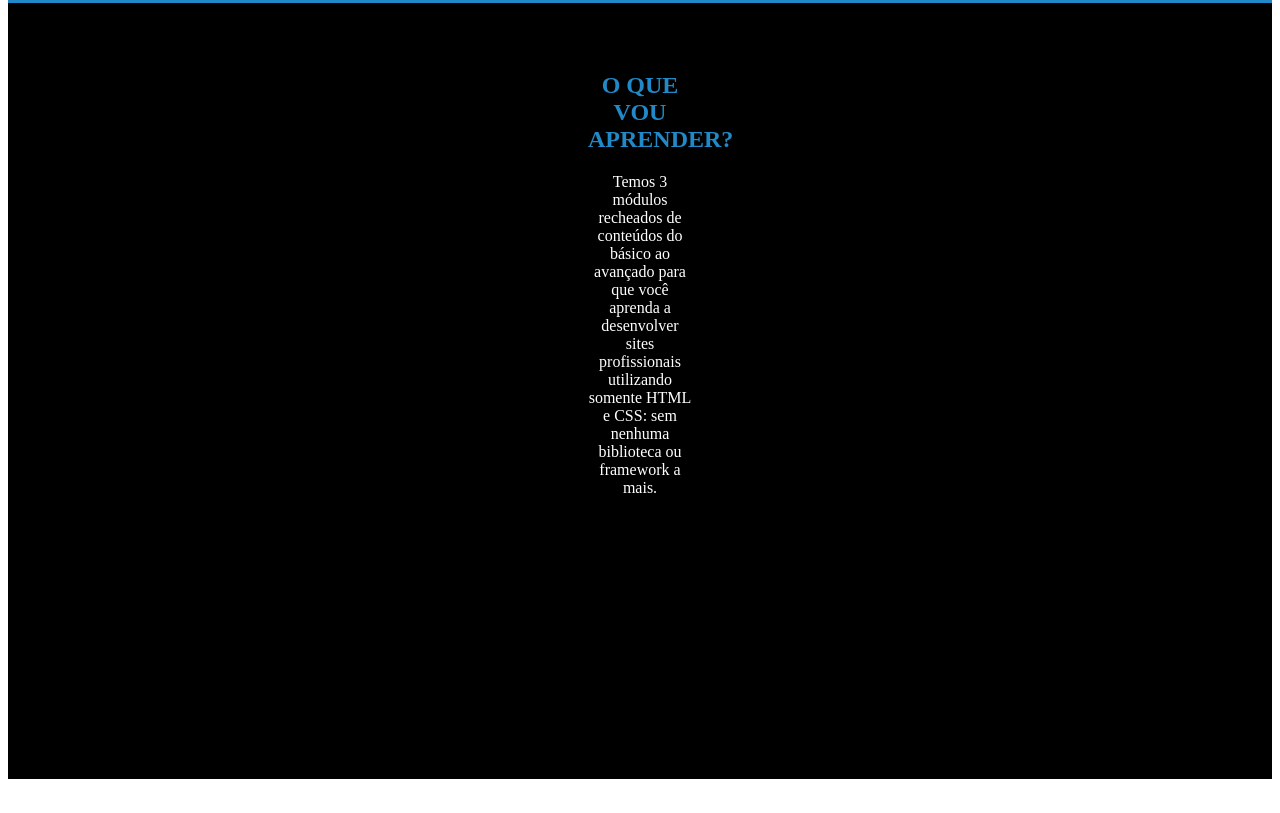
Repository: gustavotwist/trilha-css-desafio-01
Page: index.html
The author's editor kept a copy of each file at every save. The page is drawn from the files as they stood at one save, then again after the next save.
The browser window is 1280 px wide. The pictures show the part of the page from y = 449 to 1262 px (the page is 2055 px tall).
A picture or video elsewhere on the page could not be fetched, so the positions and the page height are approximate.

Above is the page before, as saved 2024-07-15 18:47:02.

After the next save:
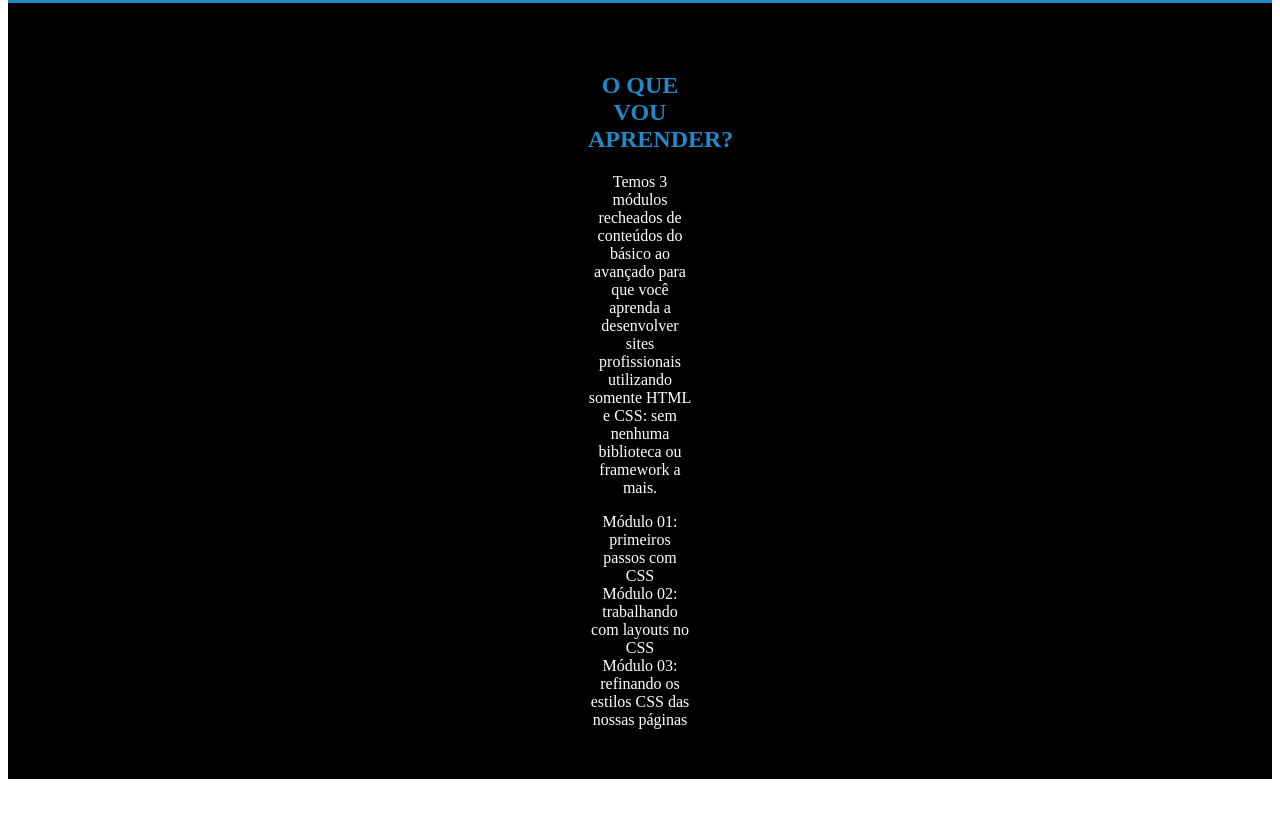
Saved 22 s later.
--- a/global.css
+++ b/global.css
@@ -37,7 +37,7 @@ button {
     background-color:#000000;
 }
 
-section p{
+section, p{
     color: white;
     word-spacing:nowrap;
 
